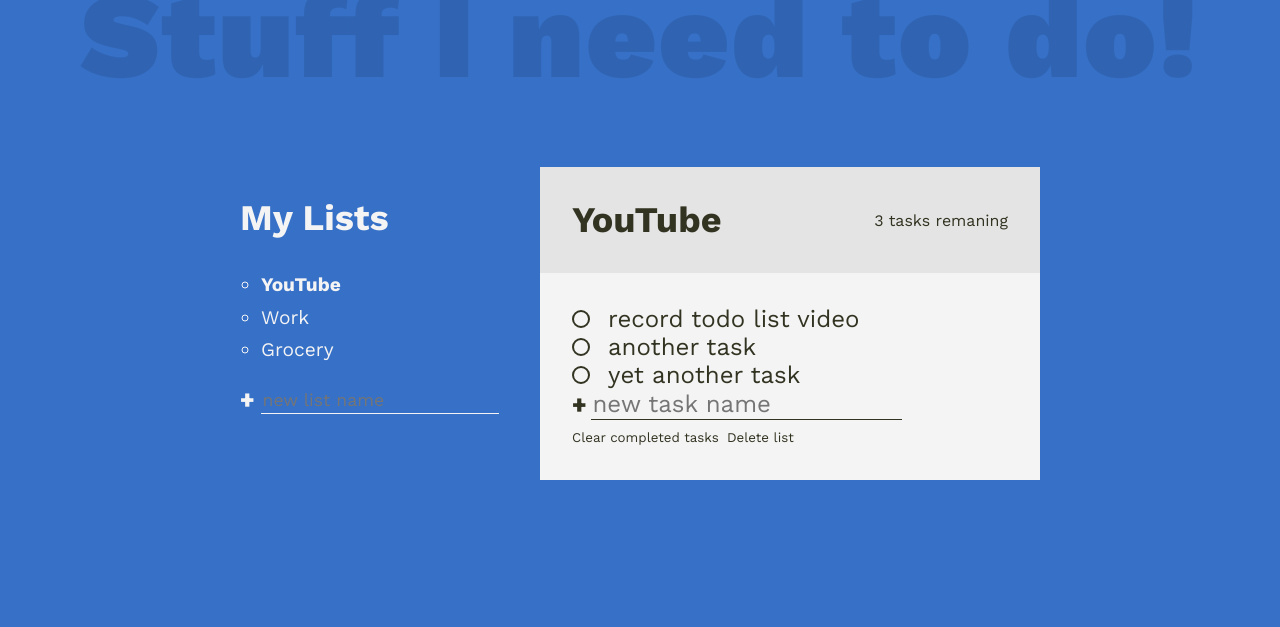
Repository: PratypartyY2K/JavaScript-Projects
Page: Better-ToDo-App/index.html
The author's editor kept a copy of each file at every save. The page is drawn from the files as they stood at one save, then again after the next save.
The browser window is 1280 px wide. The pictures show the whole page.

Above is the page before, as saved 2021-07-06 01:13:57.

After the next save:
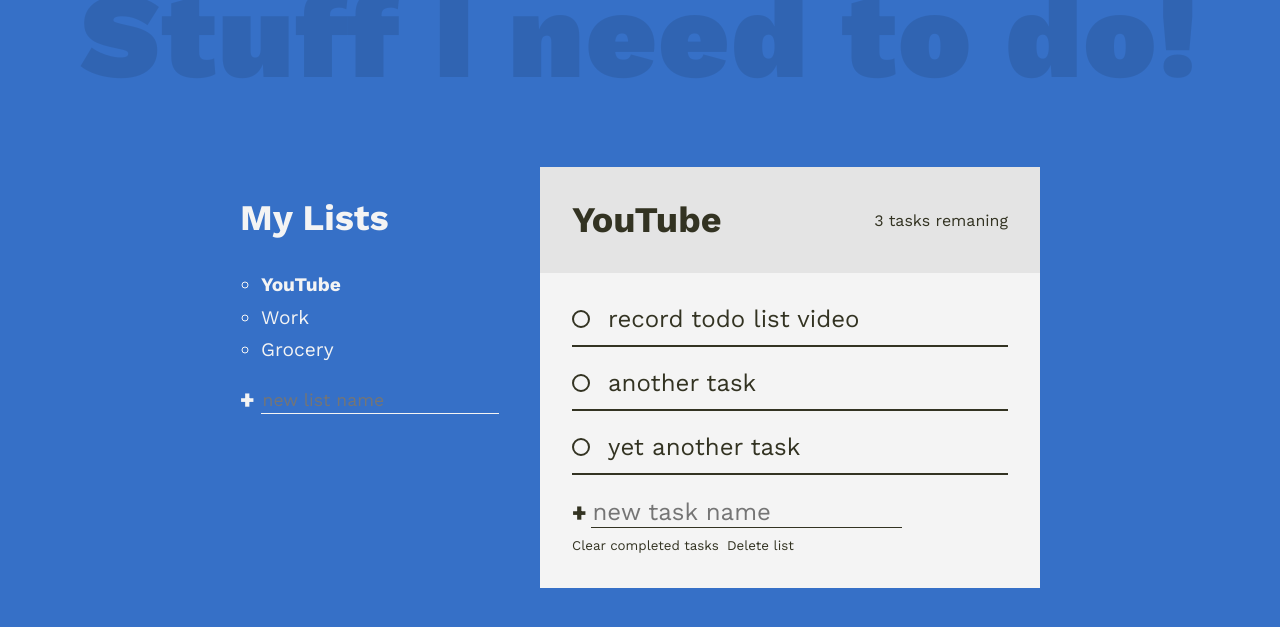
Saved 93 s later.
--- a/Better-ToDo-App/styles.css
+++ b/Better-ToDo-App/styles.css
@@ -157,6 +157,18 @@
 .task label {
     display: flex;
     align-items: center;
+    position: relative;
+    margin-bottom: 1.5em;
+}
+
+.task label::after {
+    content: "";
+    position: absolute;
+    right: 0;
+    left: 0;
+    bottom: -50%;
+    height: 2px;
+    background: currentColor;
 }
 
 .custom-checkbox {
